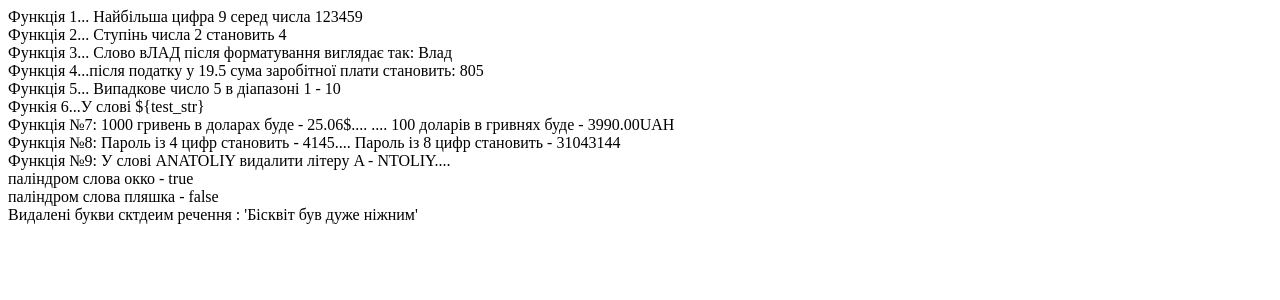
Repository: batonAnton/cursor_js_hw_3
Page: index.html
An editor plug-in stored every save of this project. The page is shown before and after the next save, followed by the edit.
The browser window is 1280 px wide. The pictures show the whole page.

Above is the page before, as saved 2022-09-16 18:06:52.

### index.html
<!DOCTYPE html>
<html lang="en">
<head>
    <meta charset="UTF-8">
    <meta http-equiv="X-UA-Compatible" content="IE=edge">
    <meta name="viewport" content="width=device-width, initial-scale=1.0">
    <title>Hw_3  function</title>
</head>
<body>
    <script src="./js/index.js"></script>
</body>
</html>

### js/index.js
// first task
function getMaxDigit(argNew){
    let varNew  = argNew.toString().split('');
    let bigNum = varNew[0];
    for (let i = 0; i < varNew.length; i++) {
        if(varNew[i] > bigNum ) bigNum = varNew [i];

    } return bigNum;
}
let argNew = 123459;
document.writeln(`Функція 1... Найбільша цифра ${getMaxDigit(argNew)} серед числа ${argNew}`);



// 2 task
function exponentDigit(a,b){

    let res = 1;
    for(let i = 0; i < b; i++ ){
        res *= a;
    }return res;
}
let a = 2;
let b = 2;
document.writeln(` <br> Функція 2... Ступінь числа ${a} становить   ${exponentDigit(a,b)} `);


// 3 task

function nameChange(name) {
    return  name.charAt(0).toUpperCase() +  name.slice(1).toLowerCase();
  }

let name = "вЛАД";
document.writeln(` <br> Функція 3... Слово ${name} після форматування виглядає так:   ${nameChange(name)} `);


// 4 task

function calcPercentage(sum){
  let result =sum - ((percentageSalary * 1000) * 0.100 / 10);
    return  result;


}
const percentageSalary = 19.5;
let sum = 1000;

console.log(calcPercentage(sum,percentageSalary));
document.writeln(` <br> Функція 4...після податку у ${percentageSalary} сума заробітної плати становить: ${calcPercentage( sum,percentageSalary)} `);


// 5 task
function randomRange(minValue,maxValue){
    let result = Math.ceil(Math.random() * (maxValue - minValue)) + minValue;
    return  result;
}
let minValue = 1;
let maxValue= 10;
console.log(randomRange(1,5));

document.writeln(` <br> Функція 5... Випадкове число ${randomRange(minValue,maxValue)} в діапазоні ${minValue} - ${maxValue}  `);


// 6 task

function repeatLetter( str )
{

//   for( let i = 0 ;i < str.length ;i++)
//   {
//     let count = 0;
//     for( let j = 0 ;j < str.length ;j++)
//     {
//       if( str[i] == str[j] && i > j  )
//       {
//        break;
//       }
//       if( str[i] == str[j]  )
//       {
//         count++;
//       }
//     }
//     if( count > 0)

//     // console.log(`${str[i].toUpperCase()} повторюється  ${count} рази`);
// document.writeln(` <br> Функція 6... У слові ${test_str} ${str[i].toUpperCase()} повторюється  ${count} рази `);

//   }
  for(let i = 0; i<str.length; i++){
    let counter = 0;
    for( let j = 0 ;j < str.length ;j++)
    {
      if( str[i] == str[j] && i > j  )
      {
       break;
      }
  }
}
}
let checkLetter = "а";
let test_str = "асталавіста";
document.writeln('<br> Функія 6...У слові ${test_str}')
repeatLetter( test_str,checkLetter);



// 7 task

function convertCurrency (typeValue){
    let dollars = 39.9;
    let res;
        if (typeValue.includes("UAH")) {
            res =   (+typeValue.slice(0, typeValue.indexOf("UAH")) / dollars).toFixed(2) + "$";

          } else if (typeValue.includes("$")) {
            res = (+typeValue.slice(0, typeValue.indexOf("$")) * dollars).toFixed(2) + "UAH";
          } else {
            alert("тільки долари і гривні");
          } return res;


}


let typeValue="1000 UAH";

document.writeln(`<br> Функція №7: 1000 гривень в доларах буде - ${convertCurrency(typeValue)}....`);
typeValue = "100$";
document.writeln(`.... 100 доларів в гривнях  буде - ${convertCurrency(typeValue)} `);

// 9 task
 function getRandomPassword(arg,arg2){

  let result = '';

      for(let i = 0; i < arg; i++){
        result +=(Math.random() * 5).toFixed();
      }



        for(let i = 0; i < arg2; i++){
          result+= (Math.random() * 10).toFixed();

        }
        return result;


 }
  const arg = 4;
  const arg2 = 8;
 document.writeln(`<br> Функція №8: Пароль із  4 цифр становить - ${getRandomPassword(arg)}....`);
 document.writeln(`  Пароль із  8 цифр становить - ${getRandomPassword(arg2)}`);

//  task 9
//
function deleteLetters(removeLetter, exampleWord) {
  let result = '';
  for (let i = 0; i < exampleWord.length; i++) {
    exampleWord[i] == removeLetter ? result:( result += exampleWord[i]);
  }
  return result;
}

const removeLetter = "A";
const exampleWord = "ANATOLIY";
document.writeln(`<br> Функція №9: У слові ${ exampleWord} видалити літеру ${ removeLetter} - ${deleteLetters(removeLetter, exampleWord)}....`);

// task 10
function isPalindrom(checkWord){
   let result = true;
  for(i = 1; i - 1 < checkWord.length - i ; i++){
    if(checkWord[i-1] !== checkWord[checkWord.length-i])
    return false;
  }
return true;

  for(i = 1; i - 1 < checkWord2.length - i ; i++){
    if(checkWord2[i-1] !== checkWord2[checkWord2.length-i])
    return false;
  }return true;
}




let checkWord = "окко";
let checkWord2 = "пляшка";
console.log(isPalindrom(checkWord));
document.writeln(`<br>  паліндром слова ${checkWord} - ${isPalindrom(checkWord)}`);
document.writeln(`<br>  паліндром слова ${checkWord2} - ${isPalindrom(checkWord2)}`);


// task 10
function deleteDuplicateLetter(previousString){
let newString = "";
let allLowerCase = previousString.toLowerCase();
    for ( i = 0; i < allLowerCase.length; i++) {
        if (allLowerCase.lastIndexOf(allLowerCase[i]) === allLowerCase.indexOf(allLowerCase[i])) {
            newString += allLowerCase[i]
        }
        else {
          newString;
        }
    }
    return newString;
}

let previousString = "'Бісквіт був дуже ніжним'";
console.log(deleteDuplicateLetter(previousString));

document.writeln(`<br>  Видалені букви ${deleteDuplicateLetter(previousString)} речення : ${previousString}`);

After the next save:
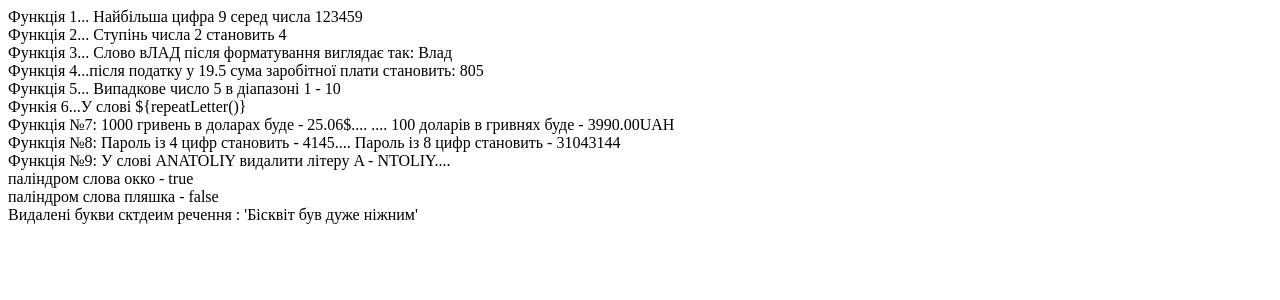
Saved 5 min 35 s later.
--- a/js/index.js
+++ b/js/index.js
@@ -100,7 +100,7 @@ function repeatLetter( str )
 }
 let checkLetter = "а";
 let test_str = "асталавіста";
-document.writeln('<br> Функія 6...У слові ${test_str}')
+document.writeln('<br> Функія 6...У слові ${repeatLetter()}');
 repeatLetter( test_str,checkLetter);
 
 
